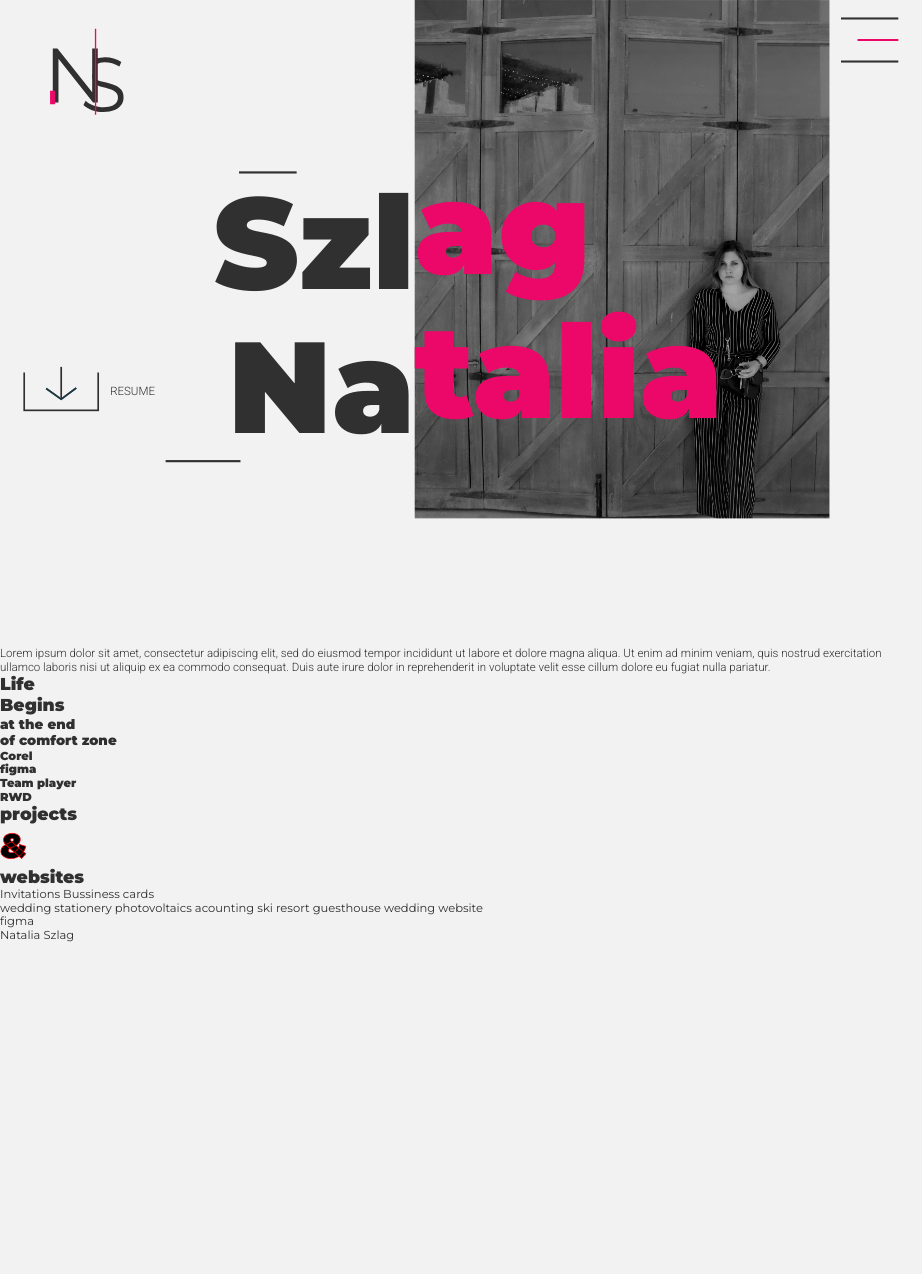
Repository: nataliaszlag/portfolio3
Page: index.html
These files come from the project's save history. The page is drawn as it stood at one moment and after the next save; the edit follows.
The browser window is 1280 px wide. The pictures show the whole page, at 72% of full size.
The style sheet was rebuilt from its Sass, Less or Tailwind sources for each picture, by a compiler version that may differ from the author's.

Above is the page before, as saved 2020-09-26 20:20:02.

### index.html
<!DOCTYPE html>
<html lang="en">
<head>
    <meta charset="UTF-8">
    <meta name="viewport" content="width=device-width, initial-scale=1.0">
    <title>Portfolio</title>
    <link rel="stylesheet" href="/css/style.css">
    <link href="https://fonts.googleapis.com/css2?family=Montserrat:wght@300;400;600;900&family=Roboto:wght@300&display=swap" rel="stylesheet">
<body>
    <img><img class="hero-img"src="/img/img-hero.JPG" alt="zdj"><h1 class="h1-name-2 clr-prim">ag<br>talia</h1></div>
    <header class="hero">
        <nav>
            <logo class="logo">
                <svg width="202" height="202" viewBox="0 0 202 202" fill="none" xmlns="http://www.w3.org/2000/svg">
                    <path d="M111.707 131.661C106.15 131.661 100.822 130.771 95.7284 128.989C90.6331 127.207 86.6957 124.857 83.9163 121.934L87.0156 115.841C89.7232 118.549 93.3219 120.742 97.8117 122.416C102.302 124.091 106.933 124.927 111.707 124.927C118.407 124.927 123.43 123.699 126.779 121.239C130.128 118.781 131.805 115.592 131.805 111.673C131.805 108.68 130.895 106.292 129.078 104.511C127.26 102.729 125.035 101.357 122.397 100.396C119.76 99.4333 116.091 98.3831 111.387 97.2422C78.7372 90.0157 110.659 55.7886 98.6857 58.3337C92.9473 59.5532 105.322 55.7647 113.312 55.5543C117.586 55.4414 121.773 56.1427 125.871 57.3177C129.969 58.4945 133.513 60.116 136.506 62.1821L133.835 68.4884C130.7 66.4223 127.351 64.8726 123.786 63.8395C120.223 62.8047 116.732 62.3344 113.312 62.2882C95.5796 62.0521 91.8988 81.0702 103.104 87.2483C105.649 88.6525 109.535 89.2614 114.167 90.4023C119.654 91.7552 124.089 93.091 127.474 94.4098C130.859 95.7285 133.727 97.7228 136.079 100.396C138.431 103.068 139.607 106.684 139.607 111.245C139.607 115.022 138.591 118.46 136.561 121.561C134.529 124.66 131.411 127.118 127.207 128.936C123.003 130.753 117.837 131.661 111.707 131.661Z" fill="#303030"/>
                    <path d="M103.826 43.3881V118.212H97.3055L49.2035 57.4973V118.212H41.2945V43.3881H47.8146L96.0226 104.103V43.3881H103.826Z" fill="#303030"/>
                    <path fill-rule="evenodd" clip-rule="evenodd" d="M99.789 135.296V16.0728H101.621V135.296H99.789Z" fill="#EC0868"/>
                    <path fill-rule="evenodd" clip-rule="evenodd" d="M37.5521 120.721L37.5538 101.949L44.6315 101.956V120.726L37.5521 120.721Z" fill="#EC0868"/>
                    </svg>


            </logo>
            <ul class="navbar">
                <svg class="hamburger"width="80" height="63" viewBox="0 0 80 63" fill="none" xmlns="http://www.w3.org/2000/svg">
                    <g  class="line-menu-1"><line y1="1.5" x2="80" y2="1.5" stroke="#303030" stroke-width="3"/></g>
                    <g class="line-menu-2"><line y1="61.5" x2="80" y2="61.5" stroke="#303030" stroke-width="3"/></g>
                    <line x1="23" y1="31.5" x2="80" y2="31.5" stroke="#EC0868" stroke-width="3"/>
                    </svg>

                <li class="nav-list"><a href ="#">ABOUT</a></li>
                <li class="nav-list"><a href ="#">PORTFOLIO</a></li>
                <li class="nav-list"><a href ="#">CONTACT</a></li>
            </ul>
        </nav>
        <div class="flex">
            <div class="line-1"></div>
            <h1 class="h1-name">Szl<br>Na</h1>
        </div>
        <div class="resume">
            <icon class="resume-icon">
                <svg width="106" height="63" viewBox="0 0 106 63" fill="none" xmlns="http://www.w3.org/2000/svg">
                    <path d="M1.60553 8.5282V61.0716H104.395V8.5282" stroke="#303030" stroke-width="2.36" stroke-miterlimit="22.9256"/>
                    <path d="M53 0.473083V45.5269" stroke="#303030" stroke-width="2.36" stroke-miterlimit="22.9256"/>
                    <path d="M32.1326 30.6015L52.9999 45.5269L73.8673 29.8981" stroke="#00A0E3" stroke-width="2.36" stroke-miterlimit="22.9256"/>
                    <path d="M32.1326 30.6015L52.9999 45.5269L73.8673 29.8981" stroke="#303030" stroke-width="2.36" stroke-miterlimit="22.9256"/>
                    </svg>
            </icon>
            <p class="resume-p">RESUME</p>
            <div class="line-2"></div>
        </div>
    </header>
    <main>
        <article class="main-page">

            <div class="arrow">
                <svg>
                </svg>
            </div>
    </article>
        <article class="about">
            <div class="about-flex">
                <p class="about-p">
                    Lorem ipsum dolor sit amet, consectetur adipiscing elit, sed do eiusmod tempor incididunt ut labore et dolore magna aliqua. Ut enim ad minim veniam, quis nostrud exercitation ullamco laboris nisi ut aliquip ex ea commodo consequat. Duis aute irure dolor in reprehenderit in voluptate velit esse cillum dolore eu fugiat nulla pariatur.
                </p>
        </div>
            <div class="about-flex">
                <h2 class="about-primary">Life</h2>
                <h2 class="about-secondary">Begins</h2>
                <h3 class="about-terciary">at the end<br>of comfort zone</h3>
        </div>
            <div class="about-flex">
                <div class="vector"></div>
        </div>
            <div class="about-flex">
                <h4 class="stat">Corel</h4>
                <div class="stat-bar">
                <div class="bar"></div>
                <div class="bar"></div>
                <div class="bar"></div>
                <div class="bar"></div>
                <div class="bar"></div>
            </div>
            <h4 class="stat">figma</h4>
                <div class="stat-bar">
                <div class="bar-1"></div>
                <div class="bar-2"></div>
                <div class="bar-3"></div>
                <div class="bar-4"></div>
                <div class="bar-5"></div>
            </div>
            <h4 class="stat">Team player</h4>
                <div class="stat-bar">
                <div class="bar-1"></div>
                <div class="bar-2"></div>
                <div class="bar-3"></div>
                <div class="bar-4"></div>
                <div class="bar-5"></div>
            </div>
            <h4 class="stat">RWD</h4>
                <div class="stat-bar">
                <div class="bar-1"></div>
                <div class="bar-2"></div>
                <div class="bar-3"></div>
                <div class="bar-4"></div>
                <div class="bar-5"></div>
            </div>
        </div>
    </article>

    <article class="portfolio">
        <h2 class="portfolio-primary">projects<br></h2>
        <h2 class="portfolio-ampersand">&</h2>
        <h2 class="portfolio-secondary">websites</h2>

        <div class="projects-flex">
            <div class="project-gallery">
                <a href="https://www.kraftdesign.pl" target="_blank" class="link">Invitations</a>
                <a href="#gallery" class="link">Bussiness cards</a>
            </div>
            <div class="project-links">
                <a href="https://www.kraftdesign.pl" target="_blank" class="link">wedding stationery</a>
                <a href="https://www.cellinstalacje.pl" class="link" target="_blank" >photovoltaics</a>
                <a href="https://www.cellsksiegowosc.pl" class="link" target="_blank">acounting</a>
                <a href="https://www.masterski.pl" class="link" target="_blank">ski resort</a>
                <a href="https://www.tylicznoclegi.pl" class="link" target="_blank">guesthouse</a>
                <a href="https://www.pobieramysie.info" class="link" target="_blank">wedding website</a>
            </div>
            <div class="project-display">
                figma
            </div>
        </div>
    </article>

    <article class="contact">
        <div class="square">
            <div class="socials">
                <div class="social-info"></div>
                <div class="social-info"></div>
            </div>
            <div class="svg-animate">Natalia Szlag</div>
        </div>

        <div class="square bg-cover">
            <div class="social-sq">
                <svg class="social-ico">insta</svg>
            </div>
            <div class="social-sq">
                <svg class="social-ico">facebook</svg>
            </div>
            <div class="social-sq">
                <svg class="social-ico">pinterest</svg>
            </div>
        </div>
    </article>
    </main>
  </body>
</html>

### scss/style.scss
// ==========================================
// variables
// ==========================================

//font-var
$font-primary: 'Montserrat', sans-serif;
$font-secondary: 'roboto', sans-serif;
$font-spacing-primary: 10%;
$font-line-primary: 25pt;

//color-var
$clr-font: #303030;
$clr-bg: #f2f2f2;
$clr-accent: #ec0868;


// ============================================
// main style
// =======================================
*,
*:hover,
*:focus{
box-sizing: border-box;
color: $clr-font;
}

body{
    background-color: $clr-bg;
}

*{
    margin: 0;
    padding: 0;
    font-family: $font-primary;
    text-decoration: none;
}

.portfolio-ampersand{
    font-size: 48px;
    color: black;
    -webkit-text-stroke: 1px red;
}

.hero{
    min-height: 100%;
    height: 100vh;
    max-width: 95%;
    margin: auto;
}

.hero-img{
    object-fit: cover;
    top: 0;
    right: 10%;
    position: absolute;
    height: 100vh;
    width: 45%;
    z-index: -1;
}

.h1-name{
    text-align: right;
    position: absolute;
    right: 55%;
    display: inline-block;
    font-weight: 900;
    font-size: 180px;
    line-height: 200px;
    padding-left: 10px;
    z-index: 3;
}


.h1-name-2{
    position: absolute;
    left: 45%;
    top:30%;
    display: inline-block;
    font-weight: 900;
    font-size: 180px;
    line-height: 200px;
    z-index: 3;
}

.clr-prim{
    color: $clr-accent;
}

.resume{
    margin-top: auto;
    display: flex;
    align-items: center;

    &-p{
        padding: 15px;
    }

    .line-2{
        display: inline-block;
    content:'';
    width: 104px;
    height: 200px;
    border-bottom: solid 3px $clr-font;
    }
}

.line-1{
    display: inline-block;
    content:'';
    width: 80px;
    height: 200px;
    border-top: solid 3px $clr-font;
    margin-left: 300px;
}

nav{
    margin-top: 5px;
    display: flex;
    justify-content: space-between;
    ul{
        display: block;
        list-style-type: none;
        text-align: right;
        li{
            opacity: 0;
            overflow: hidden;
            padding: 15px;
            transition: .2s ease-out;
        }
    }

    ul:hover > li{
        opacity: 1;
    }

    ul:hover .line-menu-1{
        transform: translateY(20px);
    }

    ul:hover .line-menu-2{
        transform: translateY(-20px);
    }
    }

li{
    transition: .2s ease-out;
}

li:hover{
    transform: scale(1.2);
    color: $clr-accent;
}

a{
    transition: .2s ease-out;
}

a:hover{
    color: $clr-accent;
}

.line-menu-1{
    transition: .2s ease-out;
}

.line-menu-2{
    transition: .2s ease-out;
}

p{
    font-family: $font-secondary;
}

After the next save:
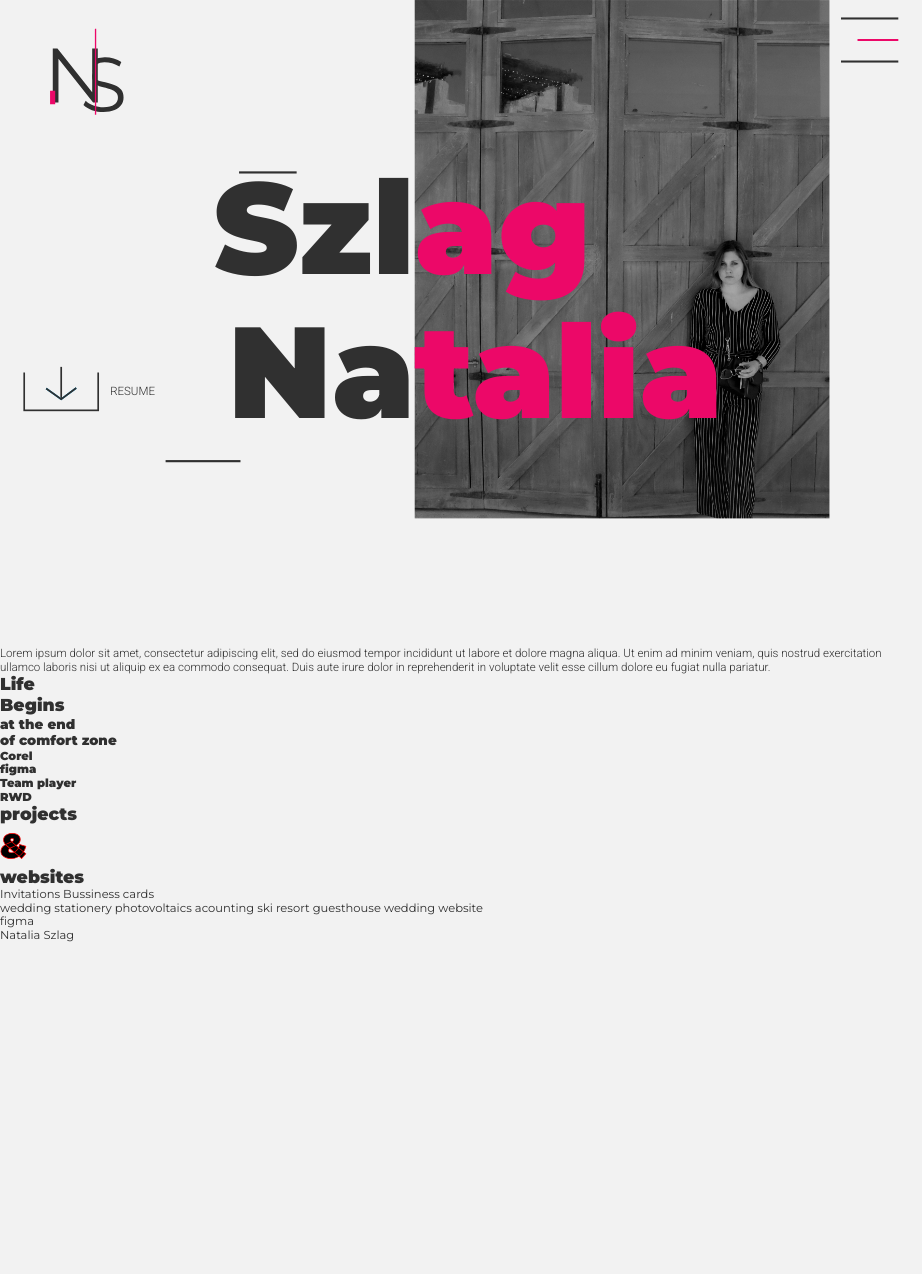
Saved 21 s later.
--- a/scss/style.scss
+++ b/scss/style.scss
@@ -62,6 +62,7 @@ body{
     text-align: right;
     position: absolute;
     right: 55%;
+    top: 30%;
     display: inline-block;
     font-weight: 900;
     font-size: 180px;
